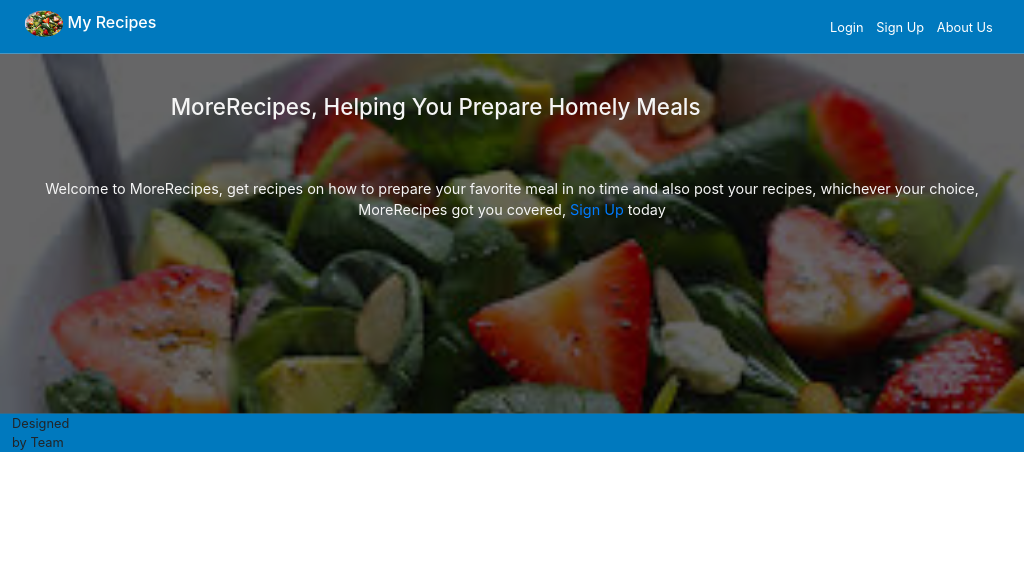
Repository: UggoPrince/more-recipes
Page: html/index.html
An editor plug-in stored every save of this project. The page is shown before and after the next save, followed by the edit.
The browser window is 1280 px wide. The pictures show the whole page, at 80% of full size.

Above is the page before, as saved 2018-07-30 07:08:06.

After the next save:
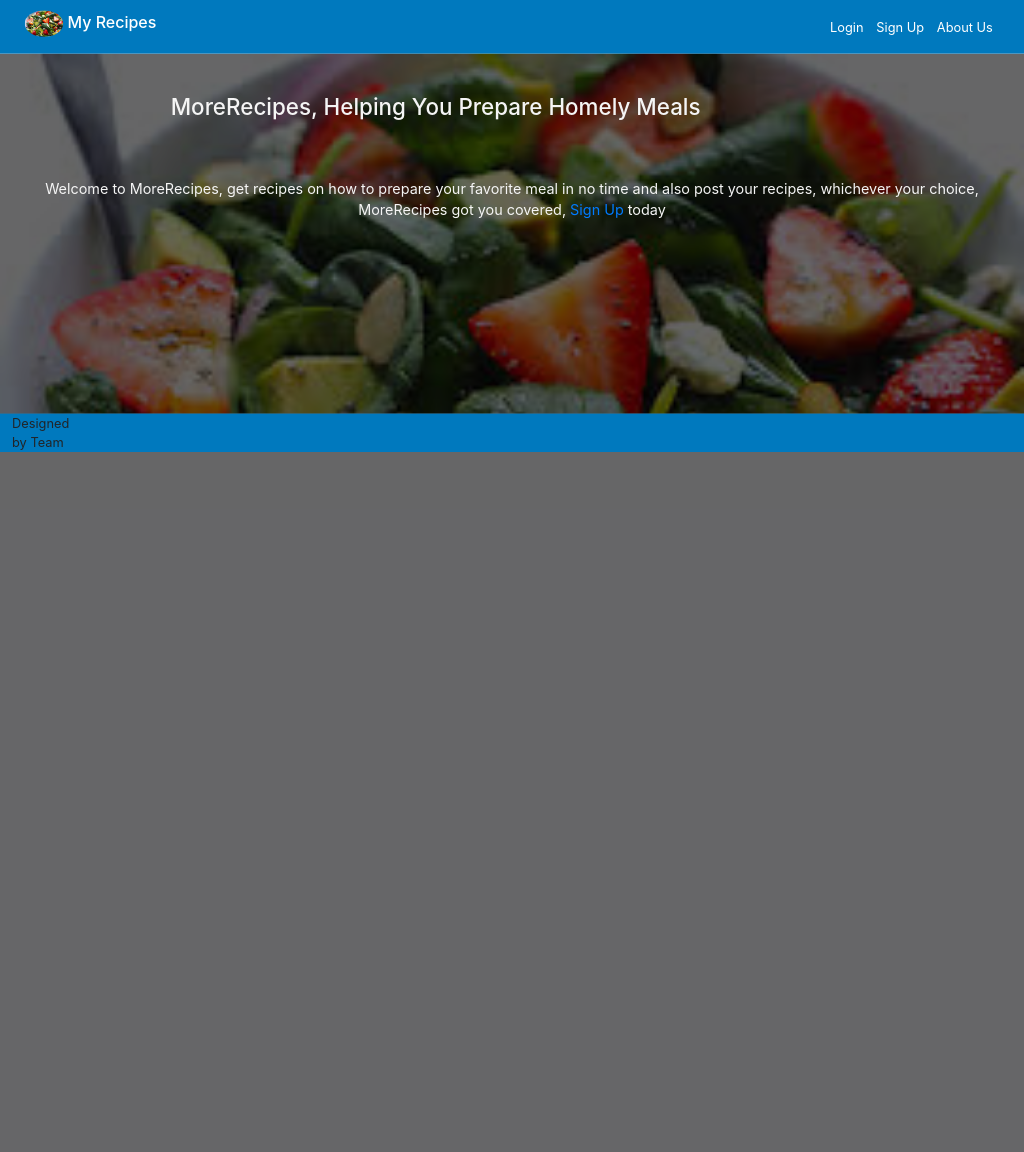
Saved 3 min 31 s later.
--- a/html/index.html
+++ b/html/index.html
@@ -60,7 +60,7 @@
         </div>
       </div>
       <center>
-        <div style="padding-top: 5%; padding-bottom: 20%; font-size: 18px">
+        <div style="padding-top: 5%; padding-bottom: 20%; font-size: 18px; min-height: 100vw;">
           Welcome to MoreRecipes, get recipes on how to prepare your favorite meal in no time and also post your recipes, whichever your choice, MoreRecipes got you covered, <a href="signup.html">Sign Up</a> today
         </div>
       </center>
